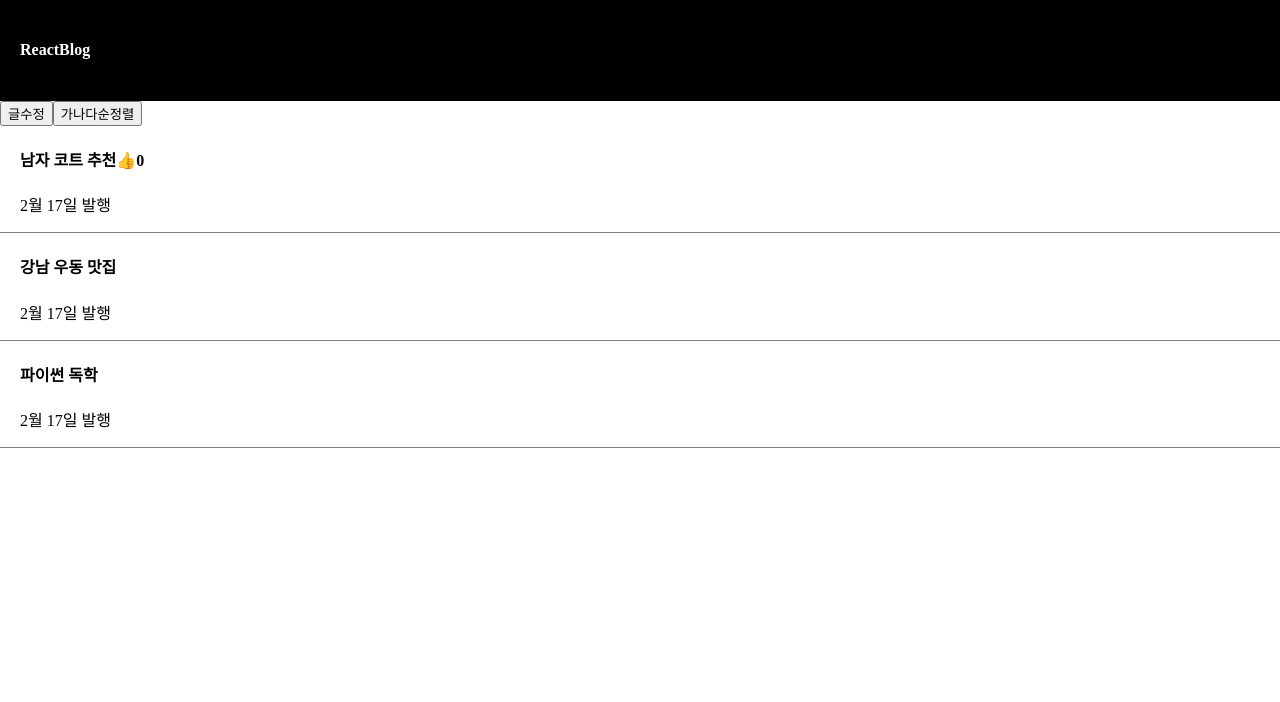
Repository: thinkseaweave/applecoding
Page: /
An editor plug-in stored every save of this project. The page is shown before and after the next save, followed by the edit.
The browser window is 1280 px wide. The pictures show the whole page.
The project was rebuilt for these pictures with package versions that can differ from the ones it lists, and the page was loaded fresh each time. Also part of the build but not shown: vite.config.js, src/index.css.

Above is the page before, as saved 2025-01-28 00:54:39.

### src/App.jsx
/* eslint-disable */

import { useState } from "react";
import "./App.css";

function App() {
  const post = "강남 우동 맛집";
  let [글제목, 글제목변경] = useState([
    "남자 코트 추천",
    "강남 우동 맛집",
    "파이썬 독학",
  ]);
  let [따봉, 따봉변경] = useState(0);
  let [modal, setModal] = useState(false);

  return (
    <div className="App">
      <div className="black-nav">
        <h4>ReactBlog</h4>
      </div>
      <button
        onClick={() => {
          const copy = [...글제목];
          copy[0] = "여자코트 추천";
          글제목변경(copy);
        }}
      >
        글수정
      </button>
      <button
        onClick={() => {
          const 정렬된글제목 = [...글제목].sort();
          console.log("정렬된글제목:", 정렬된글제목);
          글제목변경(정렬된글제목);
        }}
      >
        가나다순정렬
      </button>
      <div className="list">
        <h4
          onClick={() => {
            setModal(!modal);
          }}
        >
          {글제목[0]}
          <span
            onClick={() => {
              따봉변경(따봉 + 1);
            }}
          >
            👍
          </span>
          {따봉}
        </h4>
        <p> 2월 17일 발행</p>
      </div>
      <div className="list">
        <h4
          onClick={() => {
            setModal(!modal);
          }}
        >
          {글제목[1]}
        </h4>
        <p> 2월 17일 발행</p>
      </div>
      <div className="list">
        <h4
          onClick={() => {
            setModal(!modal);
          }}
        >
          {글제목[2]}
        </h4>
        <p> 2월 17일 발행</p>
      </div>
      {
        //조건식 ? 참일 때 실행할 코드 : 거짓일 때 실행할 코드
        modal === true ? <Modal /> : null
      }
    </div>
  );
}

function Modal() {
  return (
    <div className="modal">
      <h4>글제목</h4>
      <p>날짜</p>
      <p>상세내용</p>
    </div>
  );
}

export default App;

### src/App.css
body {
  margin: 0;
}

div {
  box-sizing: border-box;
}
.list {
  text-align: left;
  padding-left: 20px;
  border-bottom: 1px solid grey;
}

.black-nav {
  background: black;
  width: 100%;
  display: flex;
  color: white;
  padding: 20px;
}

.modal {
  margin-top: 20px;
  padding: 20px;
  background: #eee;
  text-align: left;
}

Loaded but not shown: index.html (common file); src/main.jsx (common file)

After the next save:
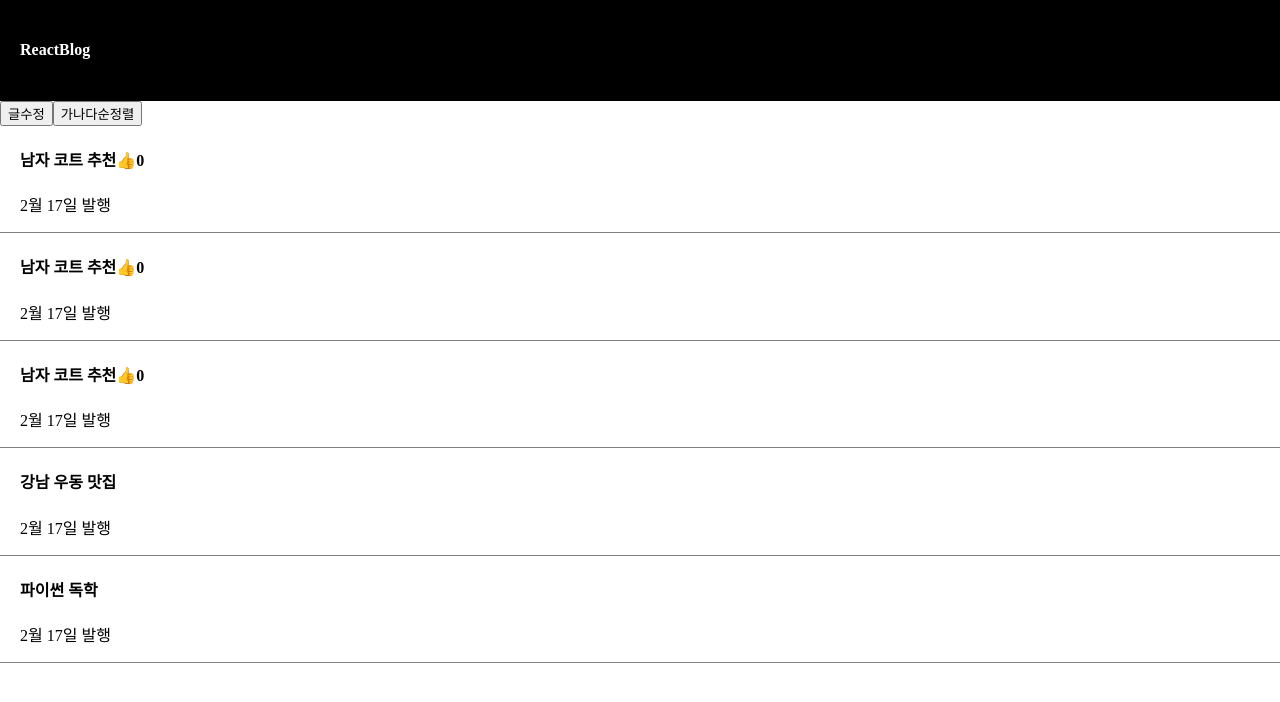
Saved 34 h 13 min later.
--- a/src/App.jsx
+++ b/src/App.jsx
@@ -36,24 +36,30 @@ function App() {
       >
         가나다순정렬
       </button>
-      <div className="list">
-        <h4
-          onClick={() => {
-            setModal(!modal);
-          }}
-        >
-          {글제목[0]}
-          <span
-            onClick={() => {
-              따봉변경(따봉 + 1);
-            }}
-          >
-            👍
-          </span>
-          {따봉}
-        </h4>
-        <p> 2월 17일 발행</p>
-      </div>
+
+      {[1, 2, 3].map(function () {
+        return (
+          <div className="list">
+            <h4
+              onClick={() => {
+                setModal(!modal);
+              }}
+            >
+              {글제목[0]}
+              <span
+                onClick={() => {
+                  따봉변경(따봉 + 1);
+                }}
+              >
+                👍
+              </span>
+              {따봉}
+            </h4>
+            <p> 2월 17일 발행</p>
+          </div>
+        );
+      })}
+
       <div className="list">
         <h4
           onClick={() => {
